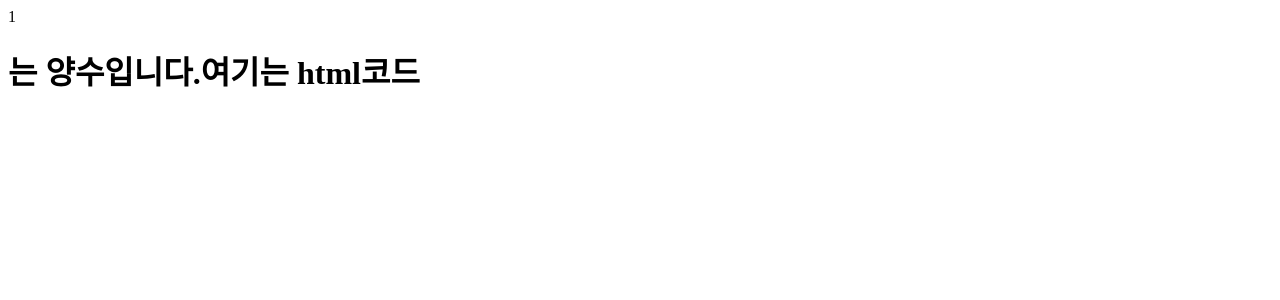
Repository: to-flatwhite1/JSP
Page: http://localhost/JSP07/
The author's editor kept a copy of each file at every save. The page is drawn from the files as they stood at one save, then again after the next save.
The browser window is 1280 px wide. The pictures show the whole page.
The page is served by Tomcat 9.

Above is the page before, as saved 2024-05-16 00:46:45.

After the next save:
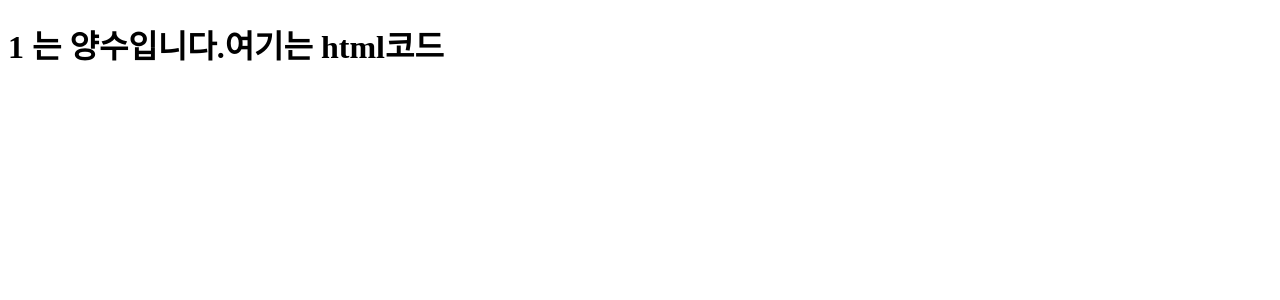
Saved 35 s later.
--- a/JSP07/src/main/webapp/index.jsp
+++ b/JSP07/src/main/webapp/index.jsp
@@ -12,9 +12,9 @@
 			int number=1;
 			if(number>0){
 		%>
-			<% out.print(number);%>
+			<h1><% out.print(number);%>
 
-			<h1>는 양수입니다.여기는 html코드
+			는 양수입니다.여기는 html코드
 			</h1>
 		<%
 			}
